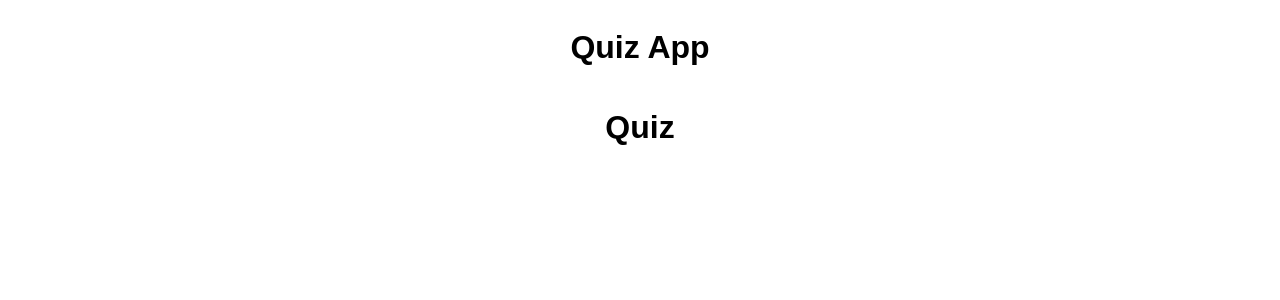
Repository: Wahid137/quiz-app
Page: /, after clicking the first element matching `button`
The author's editor kept a copy of each file at every save. The page is drawn from the files as they stood at one save, then again after the next save.
The browser window is 1280 px wide. The pictures show the whole page.
The project was rebuilt for these pictures with package versions that can differ from the ones it lists, and the page was loaded fresh each time. Also part of the build but not shown: vite.config.js, src/components/EndScreen.jsx, src/index.css.

Above is the page before, as saved 2023-09-17 01:56:42.

After the next save:
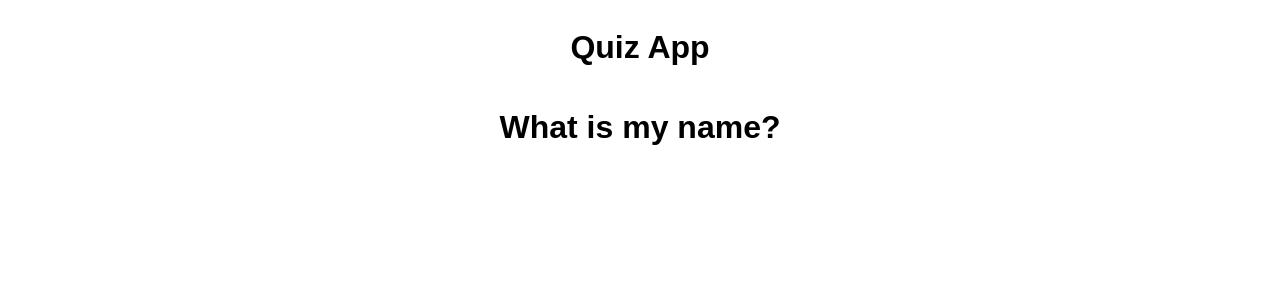
Saved 2 min 24 s later.
--- a/src/components/Quiz.jsx
+++ b/src/components/Quiz.jsx
@@ -1,10 +1,13 @@
+import { useState } from "react";
 import "../App.css";
 import { Questions } from "../helpers/Questions";
 
 const Quiz = () => {
+  const [currentQuestion, setCurrentQuestion] = useState(0);
+
   return (
     <div className="Quiz">
-      <h1>Quiz</h1>
+      <h1>{Questions[currentQuestion].prompt}</h1>
     </div>
   );
 };
